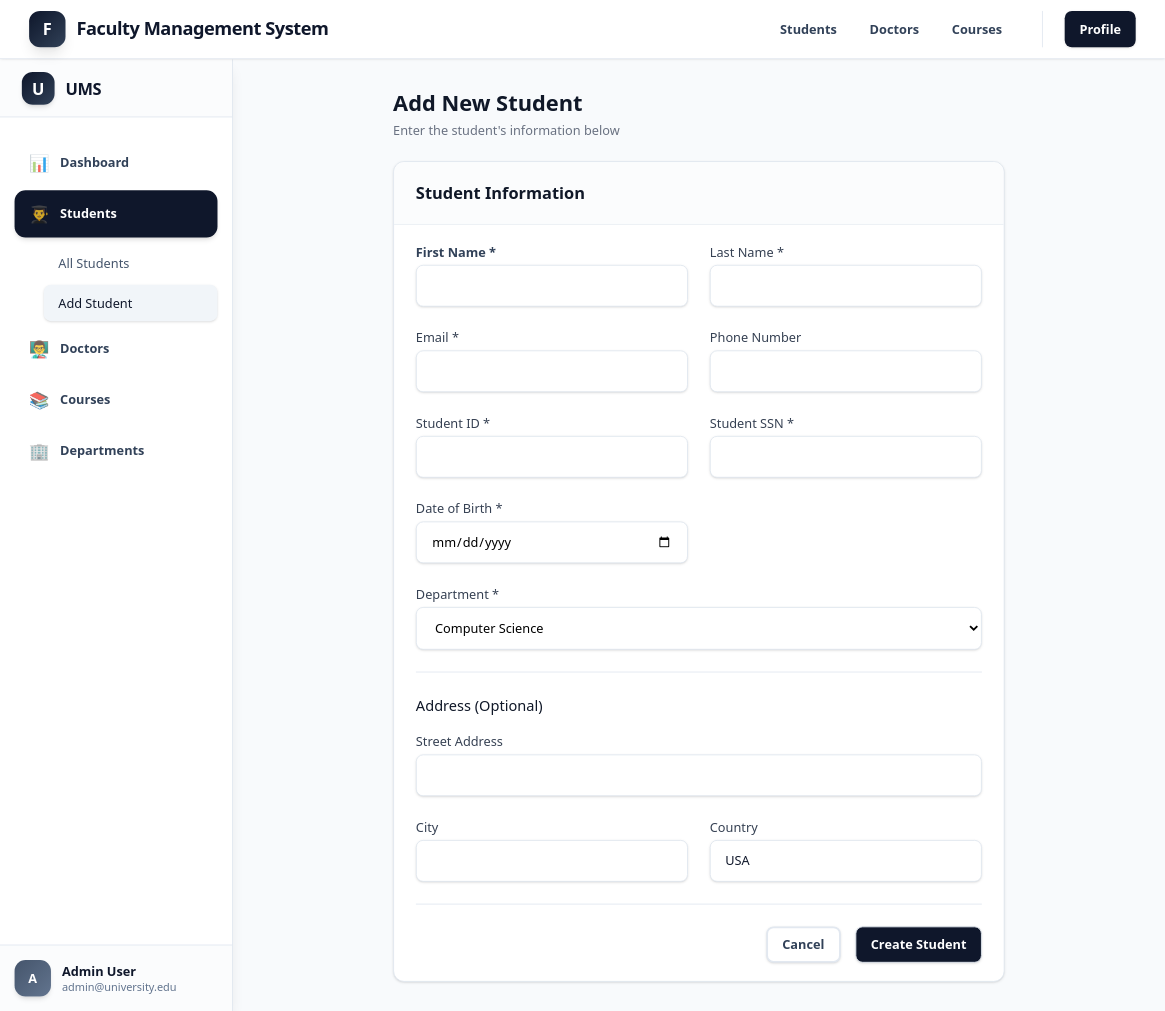
Repository: Mohamedmohsen179/Advanced-DB-Task
Page: /students/new (app in frontend/)
These files come from the project's save history. The page is drawn as it stood at one moment and after the next save; the edit follows.
The browser window is 1280 px wide. The pictures show the whole page, at 91% of full size.
The page's requests for data from a server got no answer. The project was rebuilt for these pictures with package versions that can differ from the ones it lists, and the page was loaded fresh each time. The framework's server and built-in components were replaced by stand-ins that run in the browser. No one was signed in, and anything a server would have sent is missing. Also part of the build but not shown: frontend/next.config.ts.

Above is the page before, as saved 2025-11-28 19:30:40.

### frontend/app/layout.tsx
import type { Metadata } from "next";
import { Geist, Geist_Mono } from "next/font/google";
import "./globals.css";
import MainLayout from "../components/layout/MainLayout";

const geistSans = Geist({
  variable: "--font-geist-sans",
  subsets: ["latin"],
});

const geistMono = Geist_Mono({
  variable: "--font-geist-mono",
  subsets: ["latin"],
});

export const metadata: Metadata = {
  title: "University Management System",
  description: "A comprehensive university management system built with Next.js and TypeScript",
};

export default function RootLayout({
  children,
}: Readonly<{
  children: React.ReactNode;
}>) {
  return (
    <html lang="en">
      <body
        className={`${geistSans.variable} ${geistMono.variable} antialiased`}
      >
        <MainLayout>{children}</MainLayout>
      </body>
    </html>
  );
}

### frontend/app/students/new/page.tsx
'use client';

import { useState } from 'react';
import { useRouter } from 'next/navigation';
import { CreateStudentRequest } from '../../../types';
import { apiService } from '../../../services/api';
import { Card, CardContent, CardHeader } from '../../../components/ui/Card';
import Button from '../../../components/ui/Button';

export default function NewStudentPage() {
  const router = useRouter();
  const [loading, setLoading] = useState(false);
  const [error, setError] = useState<string | null>(null);

  const [formData, setFormData] = useState<CreateStudentRequest>({
    firstName: '',
    lastName: '',
    email: '',
    phoneNumber: '',
    dateOfBirth: '',
    studentId: '',
    departmentId: '1', // Default to first department
    address: {
      street: '',
      city: '',
      state: '',
      zipCode: '',
      country: 'USA',
    },
  });

  const handleInputChange = (e: React.ChangeEvent<HTMLInputElement | HTMLSelectElement>) => {
    const { name, value } = e.target;

    if (name.startsWith('address.')) {
      const addressField = name.split('.')[1];
      setFormData(prev => ({
        ...prev,
        address: {
          ...prev.address,
          [addressField]: value,
        },
      }));
    } else {
      setFormData(prev => ({
        ...prev,
        [name]: value,
      }));
    }
  };

  const handleSubmit = async (e: React.FormEvent) => {
    e.preventDefault();
    setLoading(true);
    setError(null);

    try {
      const response = await apiService.createStudent(formData);

      if (response.success) {
        router.push('/students');
      } else {
        setError('Failed to create student');
      }
    } catch (err) {
      setError('An error occurred while creating the student');
      console.error('Error creating student:', err);
    } finally {
      setLoading(false);
    }
  };

  return (
    <div className="max-w-2xl mx-auto">
      <div className="mb-6">
        <h1 className="text-2xl font-bold text-gray-900">Add New Student</h1>
        <p className="mt-1 text-sm text-gray-500">
          Enter the student&apos;s information below
        </p>
      </div>

      {error && (
        <div className="mb-6 bg-red-50 border border-red-200 rounded-md p-4">
          <div className="flex">
            <div className="flex-shrink-0">
              <svg className="h-5 w-5 text-red-400" viewBox="0 0 20 20" fill="currentColor">
                <path fillRule="evenodd" d="M10 18a8 8 0 100-16 8 8 0 000 16zM8.707 7.293a1 1 0 00-1.414 1.414L8.586 10l-1.293 1.293a1 1 0 101.414 1.414L10 11.414l1.293 1.293a1 1 0 001.414-1.414L11.414 10l1.293-1.293a1 1 0 00-1.414-1.414L10 8.586 8.707 7.293z" clipRule="evenodd" />
              </svg>
            </div>
            <div className="ml-3">
              <h3 className="text-sm font-medium text-red-800">Error</h3>
              <div className="mt-2 text-sm text-red-700">
                <p>{error}</p>
              </div>
            </div>
          </div>
        </div>
      )}

      <Card>
        <CardHeader>
          <h2 className="text-lg font-semibold text-gray-900">Student Information</h2>
        </CardHeader>
        <CardContent>
          <form onSubmit={handleSubmit} className="space-y-6">
            <div className="grid grid-cols-1 md:grid-cols-2 gap-6">
              <div>
                <label htmlFor="firstName" className="block text-sm font-semibold text-slate-700">
                  First Name *
                </label>
                <input
                  type="text"
                  id="firstName"
                  name="firstName"
                  required
                  value={formData.firstName}
                  onChange={handleInputChange}
                  className="text-black mt-1 block w-full border border-slate-300 rounded-lg px-4 py-3 text-sm focus:outline-none focus:ring-2 focus:ring-slate-500 focus:border-slate-500 transition-all duration-200 bg-white shadow-sm"
                />
              </div>

              <div>
                <label htmlFor="lastName" className="block text-sm font-medium text-gray-700">
                  Last Name *
                </label>
                <input
                  type="text"
                  id="lastName"
                  name="lastName"
                  required
                  value={formData.lastName}
                  onChange={handleInputChange}
                  className="text-black mt-1 block w-full border border-slate-300 rounded-lg px-4 py-3 text-sm focus:outline-none focus:ring-2 focus:ring-slate-500 focus:border-slate-500 transition-all duration-200 bg-white shadow-sm"
                />
              </div>

              <div>
                <label htmlFor="email" className="block text-sm font-medium text-gray-700">
                  Email *
                </label>
                <input
                  type="email"
                  id="email"
                  name="email"
                  required
                  value={formData.email}
                  onChange={handleInputChange}
                  className="text-black mt-1 block w-full border border-slate-300 rounded-lg px-4 py-3 text-sm focus:outline-none focus:ring-2 focus:ring-slate-500 focus:border-slate-500 transition-all duration-200 bg-white shadow-sm"
                />
              </div>

              <div>
                <label htmlFor="phoneNumber" className="block text-sm font-medium text-gray-700">
                  Phone Number
                </label>
                <input
                  type="tel"
                  id="phoneNumber"
                  name="phoneNumber"
                  value={formData.phoneNumber}
                  onChange={handleInputChange}
                  className="text-black mt-1 block w-full border border-slate-300 rounded-lg px-4 py-3 text-sm focus:outline-none focus:ring-2 focus:ring-slate-500 focus:border-slate-500 transition-all duration-200 bg-white shadow-sm"
                />
              </div>

              <div>
                <label htmlFor="studentId" className="block text-sm font-medium text-gray-700">
                  Student ID *
                </label>
                <input
                  type="text"
                  id="studentId"
                  name="studentId"
                  required
                  value={formData.studentId}
                  onChange={handleInputChange}
                  className="text-black mt-1 block w-full border border-slate-300 rounded-lg px-4 py-3 text-sm focus:outline-none focus:ring-2 focus:ring-slate-500 focus:border-slate-500 transition-all duration-200 bg-white shadow-sm"
                />
              </div>


              <div>
                <label htmlFor="studentSsn" className="block text-sm font-medium text-gray-700">
                  Student SSN *
                </label>
                <input
                  type="text"
                  id="studentSsn"
                  name="studentSsn"
                  required
                  value={formData.ssn}
                  onChange={handleInputChange}
                  className="text-black mt-1 block w-full border border-slate-300 rounded-lg px-4 py-3 text-sm focus:outline-none focus:ring-2 focus:ring-slate-500 focus:border-slate-500 transition-all duration-200 bg-white shadow-sm"
                />
              </div>

              <div>
                <label htmlFor="dateOfBirth" className="block text-sm font-medium text-gray-700">
                  Date of Birth *
                </label>
                <input
                  type="date"
                  id="dateOfBirth"
                  name="dateOfBirth"
                  required
                  value={formData.dateOfBirth}
                  onChange={handleInputChange}
                  className="text-black mt-1 block w-full border border-slate-300 rounded-lg px-4 py-3 text-sm focus:outline-none focus:ring-2 focus:ring-slate-500 focus:border-slate-500 transition-all duration-200 bg-white shadow-sm"
                />
              </div>

              <div className="md:col-span-2">
                <label htmlFor="departmentId" className="block text-sm font-medium text-gray-700">
                  Department *
                </label>
                <select
                  id="departmentId"
                  name="departmentId"
                  required
                  value={formData.departmentId}
                  onChange={handleInputChange}
                  className="text-black mt-1 block w-full border border-slate-300 rounded-lg px-4 py-3 text-sm focus:outline-none focus:ring-2 focus:ring-slate-500 focus:border-slate-500 transition-all duration-200 bg-white shadow-sm"
                >
                  <option value="1">Computer Science</option>
                  <option value="2">Mathematics</option>
                </select>
              </div>
            </div>

            <div className="border-t border-gray-200 pt-6">
              <h3 className="text-md font-medium text-gray-900 mb-4">Address (Optional)</h3>
              <div className="grid grid-cols-1 md:grid-cols-2 gap-6">
                <div className="md:col-span-2">
                  <label htmlFor="address.street" className="block text-sm font-medium text-gray-700">
                    Street Address
                  </label>
                  <input
                    type="text"
                    id="address.street"
                    name="address.street"
                    value={formData.address?.street || ''}
                    onChange={handleInputChange}
                    className="text-black mt-1 block w-full border border-slate-300 rounded-lg px-4 py-3 text-sm focus:outline-none focus:ring-2 focus:ring-slate-500 focus:border-slate-500 transition-all duration-200 bg-white shadow-sm"
                  />
                </div>

                <div>
                  <label htmlFor="address.city" className="block text-sm font-medium text-gray-700">
                    City
                  </label>
                  <input
                    type="text"
                    id="address.city"
                    name="address.city"
                    value={formData.address?.city || ''}
                    onChange={handleInputChange}
                    className="mt-1 block w-full border border-slate-300 rounded-lg px-4 py-3 text-sm focus:outline-none focus:ring-2 focus:ring-slate-500 focus:border-slate-500 transition-all duration-200 bg-white shadow-sm"
                  />
                </div>


                <div>
                  <label htmlFor="address.country" className="block text-sm font-medium text-gray-700">
                    Country
                  </label>
                  <input
                    type="text"
                    id="address.country"
                    name="address.country"
                    value={formData.address?.country || ''}
                    onChange={handleInputChange}
                    className="mt-1 block w-full border border-slate-300 rounded-lg px-4 py-3 text-sm focus:outline-none focus:ring-2 focus:ring-slate-500 focus:border-slate-500 transition-all duration-200 bg-white shadow-sm"
                  />
                </div>
              </div>
            </div>

            <div className="flex justify-end space-x-4 pt-6 border-t border-gray-200">
              <Button
                type="button"
                variant="outline"
                onClick={() => router.back()}
              >
                Cancel
              </Button>
              <Button
                type="submit"
                loading={loading}
              >
                Create Student
              </Button>
            </div>
          </form>
        </CardContent>
      </Card>
    </div>
  );
}

### frontend/app/globals.css
@import "tailwindcss";

:root {
  --background: #fafafa;
  --foreground: #0f172a;
  --primary: #2563eb;
  --primary-foreground: #ffffff;
  --secondary: #f1f5f9;
  --secondary-foreground: #334155;
  --muted: #f8fafc;
  --muted-foreground: #64748b;
  --accent: #f1f5f9;
  --accent-foreground: #0f172a;
  --border: #e2e8f0;
  --input: #ffffff;
  --ring: #2563eb;
  --radius: 0.5rem;
}

@theme inline {
  --color-background: var(--background);
  --color-foreground: var(--foreground);
  --font-sans: var(--font-geist-sans);
  --font-mono: var(--font-geist-mono);
}

@media (prefers-color-scheme: dark) {
  :root {
    --background: #020617;
    --foreground: #f8fafc;
    --primary: #3b82f6;
    --primary-foreground: #f8fafc;
    --secondary: #1e293b;
    --secondary-foreground: #f8fafc;
    --muted: #1e293b;
    --muted-foreground: #94a3b8;
    --accent: #1e293b;
    --accent-foreground: #f8fafc;
    --border: #334155;
    --input: #1e293b;
    --ring: #3b82f6;
  }
}

* {
  border-color: var(--border);
}

body {
  background: var(--background);
  color: var(--foreground);
  font-family: var(--font-sans), system-ui, -apple-system, sans-serif;
  line-height: 1.6;
  -webkit-font-smoothing: antialiased;
  -moz-osx-font-smoothing: grayscale;
}

/* Professional scrollbar */
::-webkit-scrollbar {
  width: 8px;
  height: 8px;
}

::-webkit-scrollbar-track {
  background: var(--muted);
}

::-webkit-scrollbar-thumb {
  background: var(--muted-foreground);
  border-radius: 4px;
}

::-webkit-scrollbar-thumb:hover {
  background: var(--foreground);
}

/* Focus styles */
.focus-visible {
  outline: 2px solid var(--ring);
  outline-offset: 2px;
}

/* Professional shadows */
.shadow-professional {
  box-shadow: 0 1px 3px 0 rgb(0 0 0 / 0.1), 0 1px 2px -1px rgb(0 0 0 / 0.1);
}

.shadow-professional-lg {
  box-shadow: 0 10px 15px -3px rgb(0 0 0 / 0.1), 0 4px 6px -4px rgb(0 0 0 / 0.1);
}

### frontend/components/layout/MainLayout.tsx
'use client';

import { useState } from 'react';
import Navbar from './Navbar';
import Sidebar from './Sidebar';

interface MainLayoutProps {
  children: React.ReactNode;
}

export default function MainLayout({ children }: MainLayoutProps) {
  const [sidebarOpen, setSidebarOpen] = useState(false);

  return (
    <div className="min-h-screen bg-slate-50">
      {/* Navbar */}
      <Navbar />

      <div className="flex">
        {/* Sidebar */}
        <Sidebar
          isOpen={sidebarOpen}
          onClose={() => setSidebarOpen(false)}
        />

        {/* Main Content */}
        <div className="flex-1 lg:ml-0">
          {/* Mobile sidebar toggle */}
          <div className="lg:hidden">
            <button
              onClick={() => setSidebarOpen(true)}
              className="fixed top-20 left-4 z-10 bg-white p-3 rounded-xl shadow-professional border border-slate-200 hover:shadow-professional-lg transition-all duration-200"
            >
              <svg className="w-5 h-5 text-slate-600" fill="none" stroke="currentColor" viewBox="0 0 24 24">
                <path strokeLinecap="round" strokeLinejoin="round" strokeWidth={2} d="M4 6h16M4 12h16M4 18h16" />
              </svg>
            </button>
          </div>

          {/* Page Content */}
          <main className="p-6 lg:p-8">
            <div className="max-w-7xl mx-auto">
              {children}
            </div>
          </main>
        </div>
      </div>
    </div>
  );
}

### frontend/components/ui/Card.tsx
import { HTMLAttributes, forwardRef } from 'react';

interface CardProps extends HTMLAttributes<HTMLDivElement> {
  children: React.ReactNode;
}

const Card = forwardRef<HTMLDivElement, CardProps>(
  ({ className = '', children, ...props }, ref) => {
    return (
      <div
        ref={ref}
        className={`bg-white rounded-xl border border-slate-200 shadow-professional hover:shadow-professional-lg transition-shadow duration-200 ${className}`}
        {...props}
      >
        {children}
      </div>
    );
  }
);

Card.displayName = 'Card';

interface CardHeaderProps extends HTMLAttributes<HTMLDivElement> {
  children: React.ReactNode;
}

const CardHeader = forwardRef<HTMLDivElement, CardHeaderProps>(
  ({ className = '', children, ...props }, ref) => {
    return (
      <div
        ref={ref}
        className={`px-6 py-5 border-b border-slate-200 bg-slate-50/50 rounded-t-xl ${className}`}
        {...props}
      >
        {children}
      </div>
    );
  }
);

CardHeader.displayName = 'CardHeader';

interface CardContentProps extends HTMLAttributes<HTMLDivElement> {
  children: React.ReactNode;
}

const CardContent = forwardRef<HTMLDivElement, CardContentProps>(
  ({ className = '', children, ...props }, ref) => {
    return (
      <div
        ref={ref}
        className={`px-6 py-5 ${className}`}
        {...props}
      >
        {children}
      </div>
    );
  }
);

CardContent.displayName = 'CardContent';

interface CardFooterProps extends HTMLAttributes<HTMLDivElement> {
  children: React.ReactNode;
}

const CardFooter = forwardRef<HTMLDivElement, CardFooterProps>(
  ({ className = '', children, ...props }, ref) => {
    return (
      <div
        ref={ref}
        className={`px-6 py-5 border-t border-slate-200 bg-slate-50 rounded-b-xl ${className}`}
        {...props}
      >
        {children}
      </div>
    );
  }
);

CardFooter.displayName = 'CardFooter';

export { Card, CardHeader, CardContent, CardFooter };

### frontend/components/ui/Button.tsx
import { ButtonHTMLAttributes, forwardRef } from 'react';

interface ButtonProps extends ButtonHTMLAttributes<HTMLButtonElement> {
  variant?: 'primary' | 'secondary' | 'danger' | 'outline';
  size?: 'sm' | 'md' | 'lg';
  loading?: boolean;
}

const Button = forwardRef<HTMLButtonElement, ButtonProps>(
  ({ className = '', variant = 'primary', size = 'md', loading = false, children, disabled, ...props }, ref) => {
    const baseClasses = 'inline-flex items-center justify-center font-semibold rounded-lg transition-all duration-200 focus:outline-none focus:ring-2 focus:ring-offset-2 disabled:opacity-50 disabled:cursor-not-allowed shadow-sm hover:shadow-md active:scale-[0.98]';

    const variantClasses = {
      primary: 'bg-slate-900 text-white hover:bg-slate-800 focus:ring-slate-500 border border-slate-900',
      secondary: 'bg-slate-100 text-slate-900 hover:bg-slate-200 focus:ring-slate-500 border border-slate-200',
      danger: 'bg-red-600 text-white hover:bg-red-700 focus:ring-red-500 border border-red-600',
      outline: 'border-2 border-slate-300 text-slate-700 bg-white hover:bg-slate-50 hover:border-slate-400 focus:ring-slate-500',
    };

    const sizeClasses = {
      sm: 'px-3 py-2 text-sm h-9',
      md: 'px-4 py-2.5 text-sm h-10',
      lg: 'px-6 py-3 text-base h-12',
    };

    return (
      <button
        ref={ref}
        className={`${baseClasses} ${variantClasses[variant]} ${sizeClasses[size]} ${className}`}
        disabled={disabled || loading}
        {...props}
      >
        {loading && (
          <svg className="animate-spin -ml-1 mr-2 h-4 w-4" fill="none" viewBox="0 0 24 24">
            <circle className="opacity-25" cx="12" cy="12" r="10" stroke="currentColor" strokeWidth="4" />
            <path className="opacity-75" fill="currentColor" d="M4 12a8 8 0 018-8V0C5.373 0 0 5.373 0 12h4zm2 5.291A7.962 7.962 0 014 12H0c0 3.042 1.135 5.824 3 7.938l3-2.647z" />
          </svg>
        )}
        {children}
      </button>
    );
  }
);

Button.displayName = 'Button';

export default Button;

Loaded but not shown: frontend/services/api.ts (539 lines, source omitted); frontend/components/layout/Sidebar.tsx (158 lines, source omitted); frontend/components/layout/Navbar.tsx (102 lines, source omitted)

After the next save:
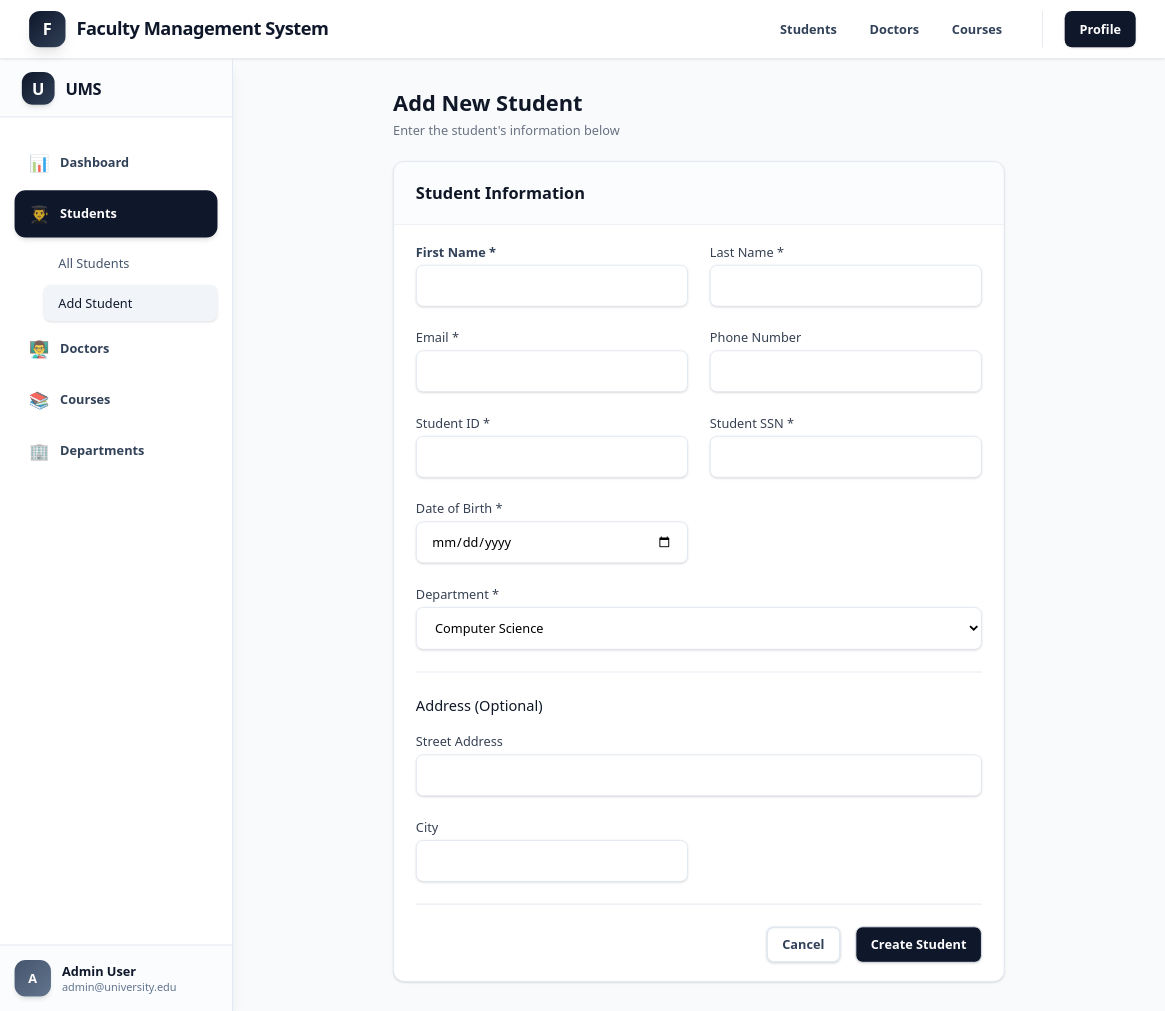
Saved 11 s later.
--- a/frontend/app/students/new/page.tsx
+++ b/frontend/app/students/new/page.tsx
@@ -258,20 +258,6 @@ export default function NewStudentPage() {
                   />
                 </div>
 
-
-                <div>
-                  <label htmlFor="address.country" className="block text-sm font-medium text-gray-700">
-                    Country
-                  </label>
-                  <input
-                    type="text"
-                    id="address.country"
-                    name="address.country"
-                    value={formData.address?.country || ''}
-                    onChange={handleInputChange}
-                    className="mt-1 block w-full border border-slate-300 rounded-lg px-4 py-3 text-sm focus:outline-none focus:ring-2 focus:ring-slate-500 focus:border-slate-500 transition-all duration-200 bg-white shadow-sm"
-                  />
-                </div>
               </div>
             </div>
 
